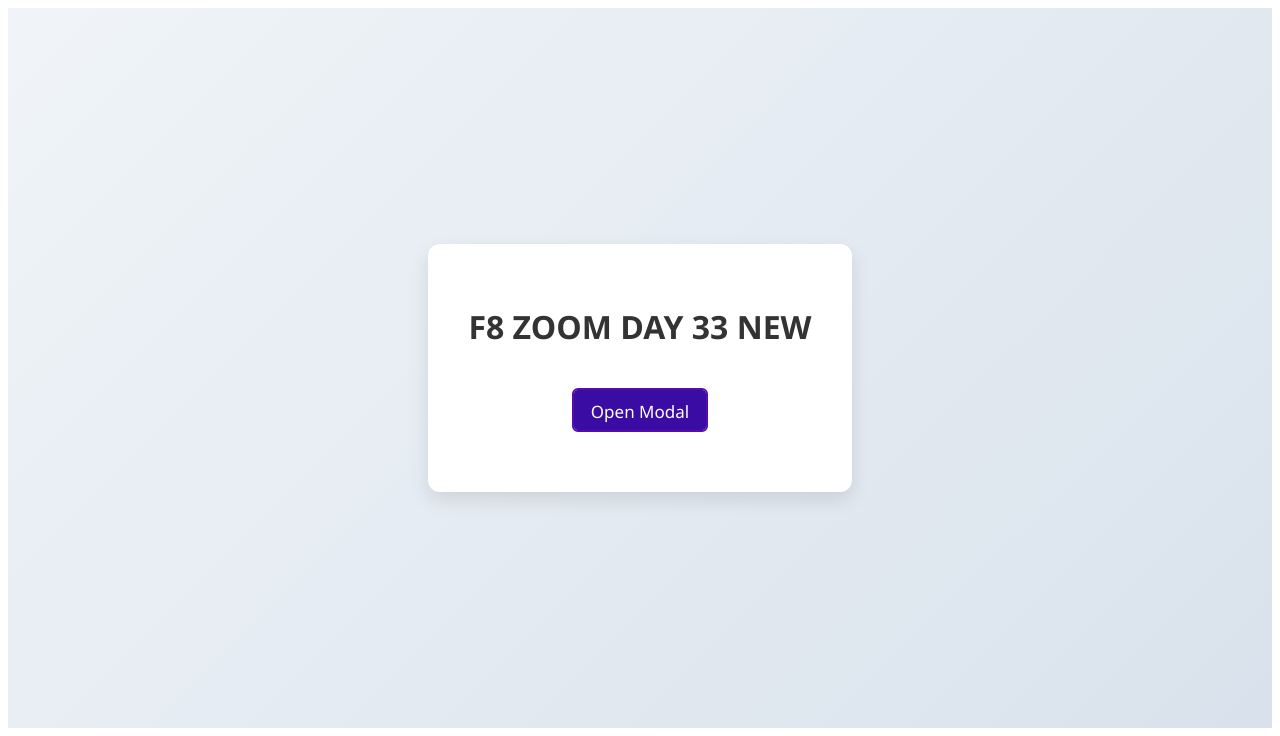
Repository: lannguyen1301/f8-zoom-day-33-new
Page: index.html
An editor plug-in stored every save of this project. The page is shown before and after the next save, followed by the edit.
The browser window is 1280 px wide. The pictures show the whole page.
The first visible `button` is being pressed.

Above is the page before, as saved 2025-08-06 02:16:48.

### index.html
<!DOCTYPE html>
<html lang="en">

<head>
    <meta charset="UTF-8">
    <meta name="viewport" content="width=device-width, initial-scale=1.0">
    <title>F8 ZOOM DAY 33 NEW</title>
    <link rel="stylesheet" href="./assets/css/style.css">

</head>

<body>
    <div class="main">
        <div class="card">
            <h1 class="title">F8 ZOOM DAY 33 NEW</h1>
            <button id="open-modal">Open Modal</button>
        </div>
    </div>

    <!-- App Modal -->
    <app-modal hidden>
        <div class="header" slot="header">
            <div class="circle"></div>
            <span>x</span>
            <h1 id="heading">F8 ZOOM DAY 33 Components</h1>
        </div>
        <div slot="content">
            <p>Lorem ipsum dolor sit amet consectetur adipisicing elit. Possimus, totam.</p>
            <p>Lorem ipsum, dolor sit amet consectetur adipisicing elit. Praesentium voluptas veniam ea in magni
                temporibus.
            </p>
            <p>Lorem, ipsum dolor sit amet consectetur adipisicing elit. Sapiente aspernatur quod suscipit? Voluptas
                quae ea
                dolorem vero. Omnis, eius soluta!</p>
        </div>

        <div slot="footer">
            <button id="close-btn">Cancel</button>
            <button>Confirm</button>
        </div>
    </app-modal>

    <!-- App Modal Template -->
    <template id="app-modal-tpl">
        <!-- thêm css Externals  -->
        <link rel="stylesheet" href="./style.css">

        <!-- Thêm CSS Internals -->
        <style>
            * {
                padding: 0;
                margin: 0;
                box-sizing: border-box;
            }

            :host {
                --app-modal-heading-color: green;
                --app-modal-padding: 60px
                    /* màu mặc định đang là màu đỏ */
            }

            .modal {
                position: fixed;
                inset: 0;
                display: flex;
                align-items: center;
                justify-content: center;
                flex-direction: column;
                background: rgba(0, 0, 0, 0.6);
            }

            .inner {
                min-width: 350px;
                padding: var(--app-modal-padding, 20px);
                border-radius: 10px;
                background: #fff;
                position: relative;
                /*  */

            }

            #heading {
                color: var(--app-modal-heading-color, red);
            }

            .modal span {
                width: 50px;
                height: 50px;
                font-size: 2rem;
                text-align: center;
                background: #ccc;
                margin: 0;
                position: absolute;
                border-radius: 50%;
            }
        </style>
        <div class="modal">
            <div class="inner">
                <div class="header">
                    <slot name="header"></slot>
                </div>
                <div class="content">
                    <slot name="content"></slot>
                    <h1 id="heading"></h1>
                </div>
                <div class="footer">
                    <slot name="footer"></slot>
                </div>
            </div>
        </div>
    </template>
    <script type="module" src="./main.js"></script>
</body>

</html>

### assets/css/style.css
.main {
    margin: 0;
    height: 100vh;
    display: flex;
    justify-content: center;
    align-items: center;
    background: linear-gradient(135deg, #f0f4f8, #d9e2ec);
    font-family: "Segoe UI", sans-serif;
}

.card {
    background: white;
    padding: 40px;
    border-radius: 12px;
    box-shadow: 0 8px 20px rgba(0, 0, 0, 0.1);
    text-align: center;
    max-width: 400px;
}

.card h1 {
    margin-bottom: 20px;
    color: #333;
}

/* From Uiverse.io by cssbuttons-io */
button {
    --color: #560bad;
    font-family: inherit;
    display: inline-block;
    width: 8em;
    height: 2.6em;
    line-height: 2.5em;
    margin: 20px;
    position: relative;
    cursor: pointer;
    overflow: hidden;
    border: 2px solid var(--color);
    transition: color 0.5s;
    z-index: 0;
    font-size: 17px;
    border-radius: 6px;
    font-weight: 500;
    color: var(--color);
}

button:before {
    content: "";
    position: absolute;
    z-index: -1;
    background: var(--color);
    height: 150px;
    width: 200px;
    border-radius: 50%;
}

button:hover {
    color: #fff;
}

button:before {
    top: 100%;
    left: 100%;
    transition: all 0.7s;
}

button:hover:before {
    top: -30px;
    left: -30px;
}

button:active:before {
    background: #3a0ca3;
    transition: background 0s;
}

span {
    display: block;
    width: 50px;
    height: 50px;
    border-radius: 50%;
    background: #ccc;
    text-align: center;
    color: #fff;
    font-size: 2rem;
    margin-left: auto;
    margin-right: 0;
    border: 1px solid #560bad;
}

### main.js
import "./Components/app-modal.js";

// Open Modal
const openModalBtn = document.querySelector("#open-modal");
const appModal = document.querySelector("app-modal");

appModal.addEventListener("open", () => {
    // code...
    // alert("Da duoc mo");
});

appModal.addEventListener("close", () => {
    // code...
    // alert("Da dong");
});

openModalBtn.addEventListener("click", () => {
    appModal.open();
});

### Components/app-modal.js
class AppModal extends HTMLElement {
    constructor() {
        super();
        this.attachShadow({ mode: "open" });
    }

    connectedCallback() {
        // cách 1
        // this.removeAttribute("hidden");

        // cách 2
        this.hidden = false;
    }

    open() {
        // Append Template
        const template = document.querySelector("#app-modal-tpl");
        const templateContent = template.content.cloneNode(true);
        this.shadowRoot.appendChild(templateContent);

        // this.addEventListener("click", () => {
        //     this.close();
        // });

        // Set heading
        // const heading = this.shadowRoot.querySelector("#heading");
        // heading.textContent = this.getAttribute("heading");
        this.dispatchEvent(new CustomEvent("open"));
        // heading nằm ở <app-modal id="" heading="Modal 1"></app-modal>

        this.shadowRoot.addEventListener("click", (e) => {
            if (e.target.closest("#close-btn")) {
                this.close();
            }
        });
    }
    close() {
        this.shadowRoot.innerHTML = "";

        this.dispatchEvent(new CustomEvent("close"));
    }
}

// gọi hàm
customElements.define("app-modal", AppModal);

After the next save:
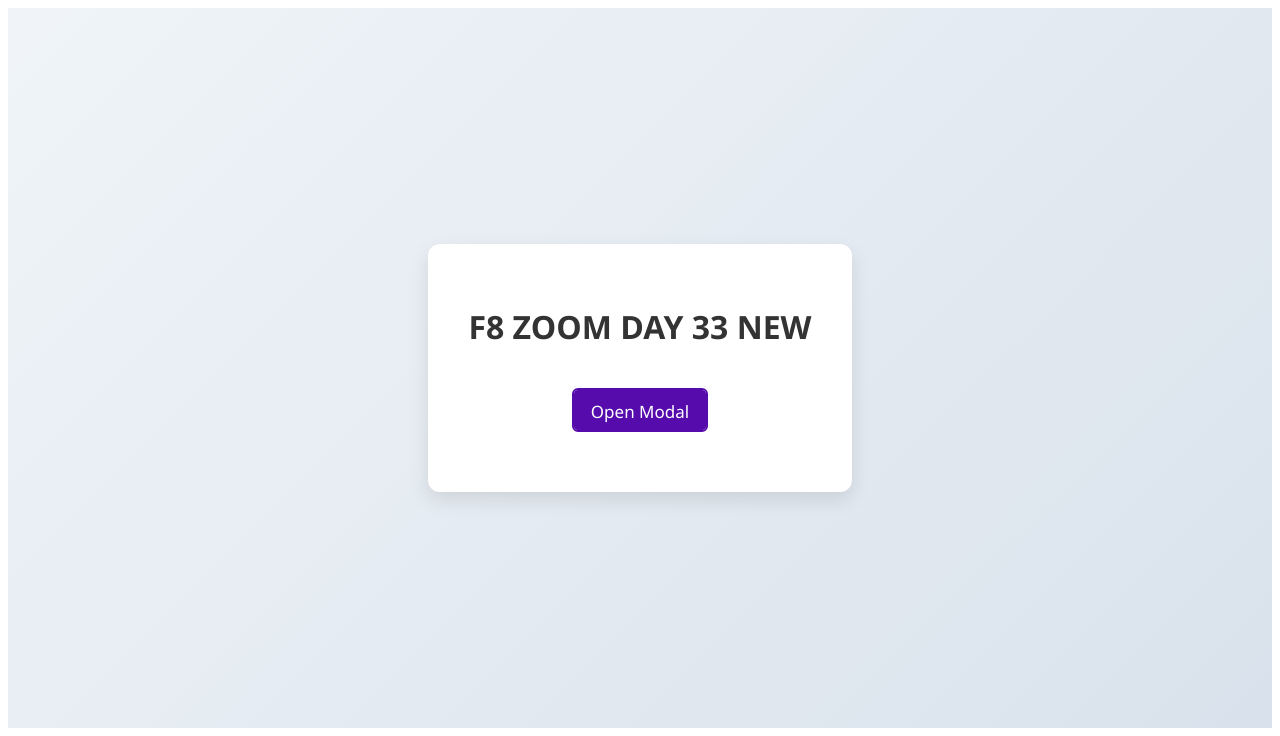
Saved 56 s later.
--- a/assets/css/style.css
+++ b/assets/css/style.css
@@ -69,7 +69,7 @@
 }
 
 button:active:before {
-    background: #3a0ca3;
+    /* background: #3a0ca3; */
     transition: background 0s;
 }
 

After the save that followed:
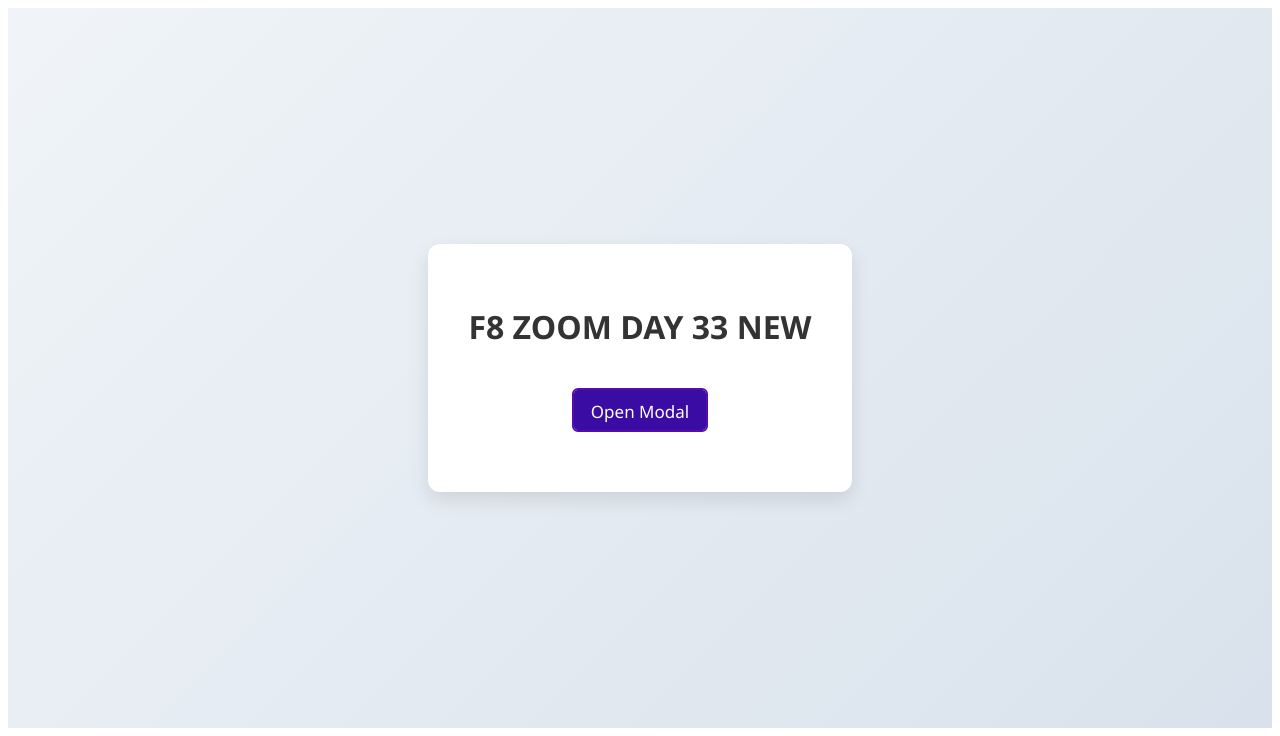
Saved 10 s later.
--- a/assets/css/style.css
+++ b/assets/css/style.css
@@ -69,7 +69,7 @@
 }
 
 button:active:before {
-    /* background: #3a0ca3; */
+    background: #3a0ca3;
     transition: background 0s;
 }
 
